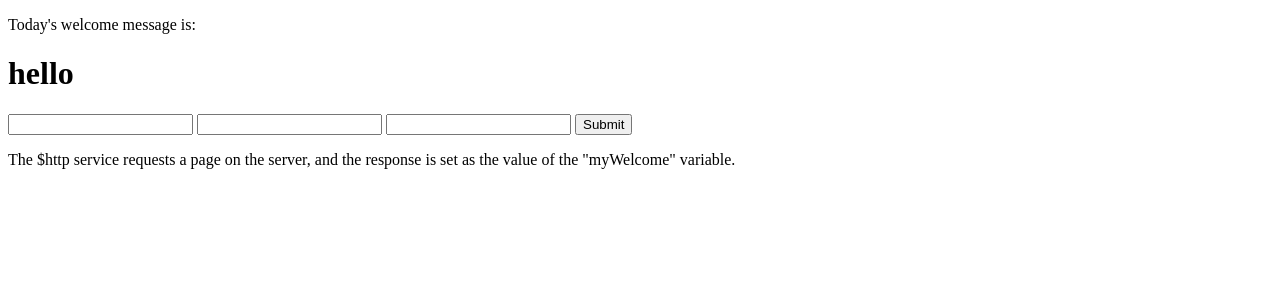
Repository: Sourabh33/ProjectThirdRepo
Page: http://localhost/Traning_Management/
An editor plug-in stored every save of this project. The page is shown before and after the next save, followed by the edit.
The browser window is 1280 px wide. The pictures show the whole page.
Some web libraries are served in a nearby version. The page is served by Tomcat 9.

Above is the page before, as saved 2016-11-09 13:04:38.

After the next save:
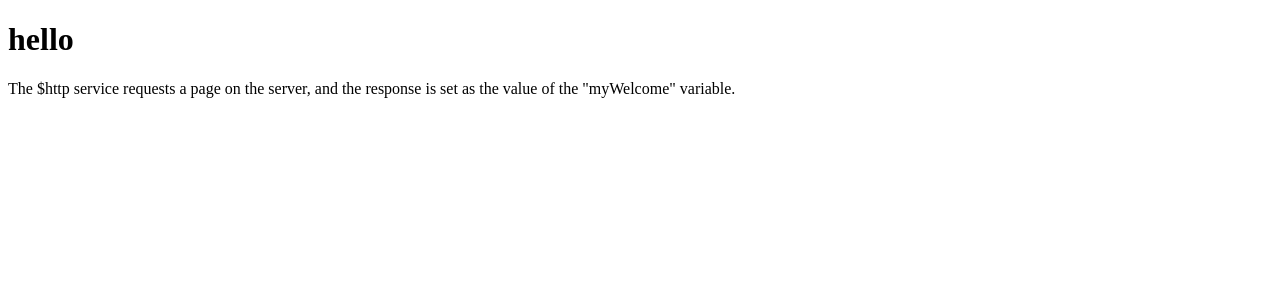
Saved 52 s later.
--- a/Training Management Project/Traning_Management/src/main/webapp/index.jsp
+++ b/Training Management Project/Traning_Management/src/main/webapp/index.jsp
@@ -5,16 +5,9 @@
 
 <div ng-app="myApp" ng-controller="myCtrl">
 
-<p>Today's welcome message is:</p>
 
 <h1>{{msg}}</h1>
-<form ng-submit="myMethod()">
-<input type="hidden" ng-model="user.adminId">
-<input type="text" ng-model="user.adminEmailId">
-<input type="text" ng-model="user.adminName">
-<input type="text" ng-model="user.adminPassword">
-<button type="submit" >Submit</button>
-</form>
+
 </div>
 
 <p>The $http service requests a page on the server, and the response is set as the value of the "myWelcome" variable.</p>
